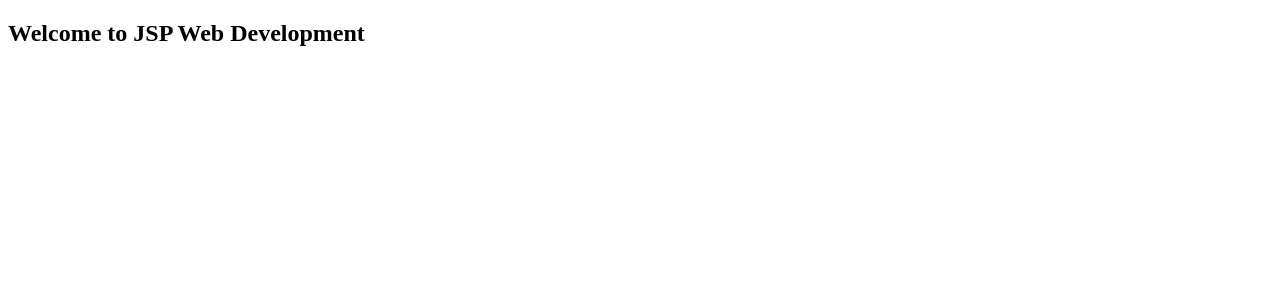
Repository: shafraz17/Servlet
Page: http://localhost/SemLab4/
The author's editor kept a copy of each file at every save. The page is drawn from the files as they stood at one save, then again after the next save.
The browser window is 1280 px wide. The pictures show the whole page.
The page is served by Tomcat 9. Other server files are loaded and not shown.

Above is the page before, as saved 2019-01-19 04:16:54.

### JSP LAB/SemLab4/WebContent/index.jsp
<%@ page language="java" contentType="text/html; charset=ISO-8859-1"
    pageEncoding="ISO-8859-1"%>
<!DOCTYPE html PUBLIC "-//W3C//DTD HTML 4.01 Transitional//EN" "http://www.w3.org/TR/html4/loose.dtd">
<html>
<head>
<meta http-equiv="Content-Type" content="text/html; charset=ISO-8859-1">
<title>Insert title here</title>
</head>
<body>
<h2>Welcome to JSP Web Development</h2>


</body>
</html>

After the next save:
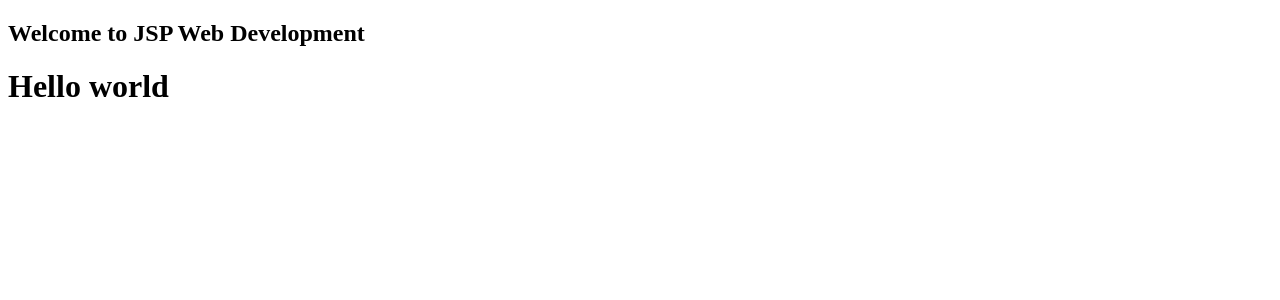
Saved 17 s later.
--- a/JSP LAB/SemLab4/WebContent/index.jsp
+++ b/JSP LAB/SemLab4/WebContent/index.jsp
@@ -8,7 +8,7 @@
 </head>
 <body>
 <h2>Welcome to JSP Web Development</h2>
-
+<h1>Hello world</h1>
 
 </body>
 </html>
